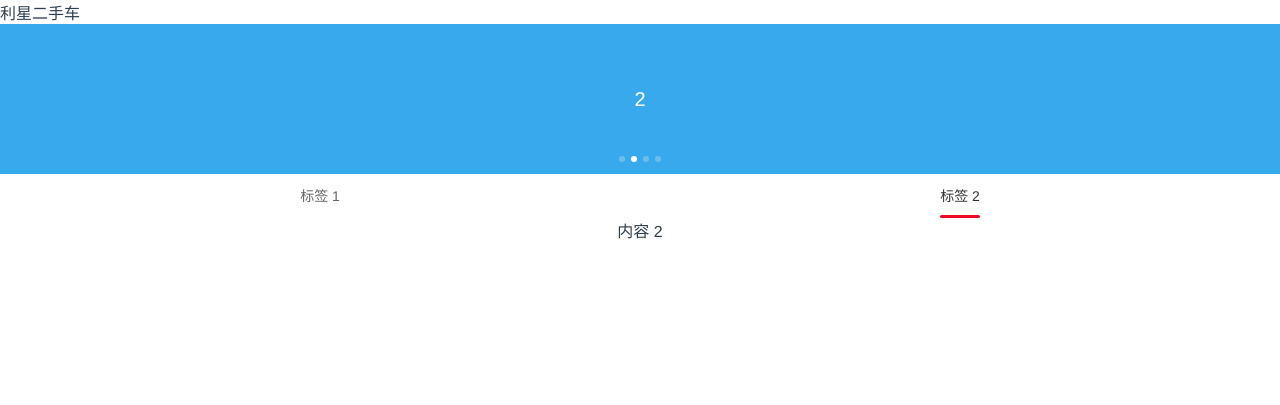
Repository: Melody-yangjing/lixingxing
Page: /
These files come from the project's save history. The page is drawn as it stood at one moment and after a run of saves; the edit follows.
The browser window is 1280 px wide. The pictures show the whole page.
The project was rebuilt for these pictures with package versions that can differ from the ones it lists, and the page was loaded fresh each time. Also part of the build but not shown: vue.config.js.

Above is the page before, as saved 2020-10-21 12:48:50.

### src/main.js
import Vue from 'vue'
import App from './App.vue'
import router from './router'
import store from './store'
import Vant from 'vant';
import 'vant/lib/index.css';
import 'amfe-flexible'
Vue.use(Vant);
Vue.config.productionTip = false

new Vue({
  router,
  store,
  render: h => h(App)
}).$mount('#app')

### src/App.vue
<template>
  <div id="app">
    <MainTitle></MainTitle>
    <Home></Home>
  </div>
</template>
<script>
  import MainTitle from "./components/mainTitle";
  import Home from './views/home'
  export default {
    components: {
      Home,
      MainTitle,
    }
  }

</script>
<style>
  #app {
    font-family: Avenir, Helvetica, Arial, sans-serif;
    -webkit-font-smoothing: antialiased;
    -moz-osx-font-smoothing: grayscale;
    text-align: center;
    color: #2c3e50;
  }
</style>

### src/components/mainTitle/index.vue
<template>
<div class="mainTitle">
  <img src="" alt="" />
  <span>利星二手车</span>
  <img src="" alt="" />
  <img src="" alt="" />
</div>
</template>

<script>
export default {
  data() {
    return {};
  },
  created() {},
  mounted() {},
  methods: {},
};
</script>

<style lang="scss" scoped>
.mainTitle {
  display: flex;
  align-items: center;
}
</style>

### src/views/home.vue
<template>
<div>
  <van-swipe class="my-swipe" :autoplay="3000" indicator-color="white">
    <van-swipe-item>1</van-swipe-item>
    <van-swipe-item>2</van-swipe-item>
    <van-swipe-item>3</van-swipe-item>
    <van-swipe-item>4</van-swipe-item>
  </van-swipe>
  <van-tabs v-model="active">
    <van-tab title="标签 1">内容 1</van-tab>
    <van-tab title="标签 2">内容 2</van-tab>
  </van-tabs>
</div>
</template>

<script>
export default {
  components: {},
  data() {
    return {
      active: 1,
    };
  },
  created() {},
  mounted() {},
  methods: {},
};
</script>

<style lang="scss" scoped>
.my-swipe {
  .van-swipe-item {
    color: #fff;
    font-size: 20px;
    line-height: 150px;
    text-align: center;
    background-color: #39a9ed;
  }
}
</style>

### src/lib/rem.js
// 设置 rem 函数
function setRem() {

  // 320 默认大小16px; 320px = 20rem ;每个元素px基础上/16
  let htmlWidth = document.documentElement.clientWidth || document.body.clientWidth;
  //得到html的Dom元素
  let htmlDom = document.getElementsByTagName('html')[0];
  //设置根元素字体大小
  htmlDom.style.fontSize = htmlWidth / 20 + 'px';
}
// 初始化
setRem();
// 改变窗口大小时重新设置 rem
window.onresize = function() {
  setRem()
}

Loaded but not shown: public/index.html (common file); src/router/index.js (common file); src/store/index.js (common file)

After the next 2 saves:
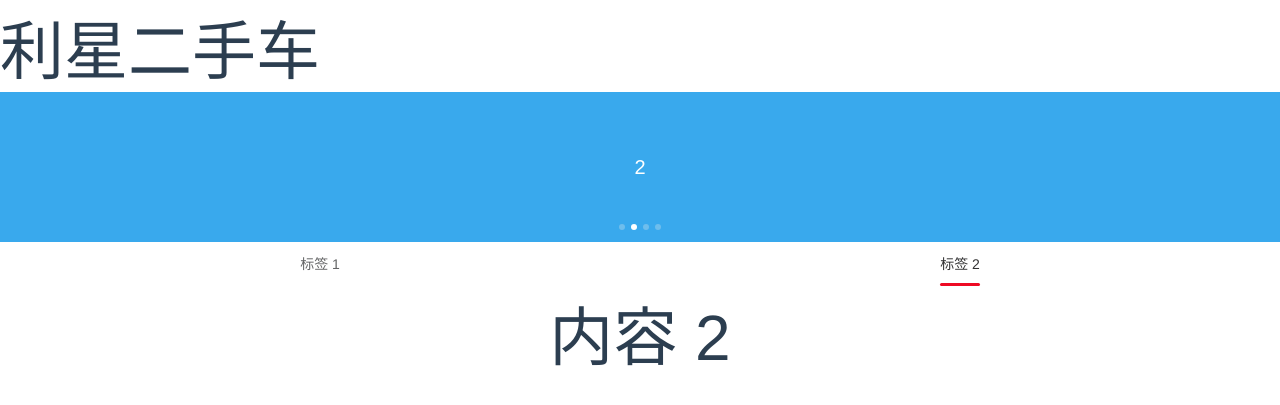
The 2 saves are shown as one change because 1 did not build or start.
The last was saved 24 s later.
--- a/src/main.js
+++ b/src/main.js
@@ -4,7 +4,7 @@ import router from './router'
 import store from './store'
 import Vant from 'vant';
 import 'vant/lib/index.css';
-import 'amfe-flexible'
+import './lib/rem.js';
 Vue.use(Vant);
 Vue.config.productionTip = false
 
